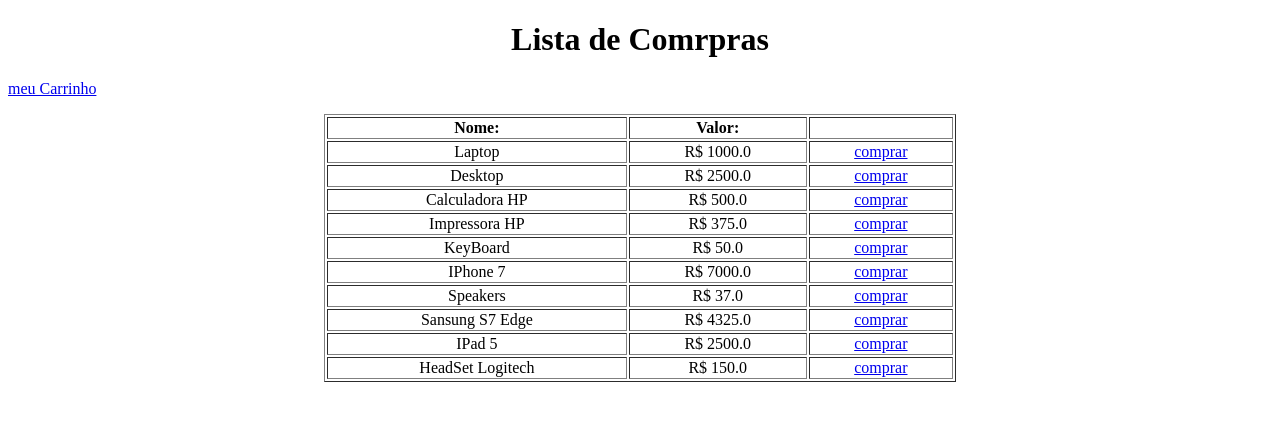
Repository: yoda4ever/playground
Page: http://localhost/CarrinhoDeCompras/Listar
An editor plug-in stored every save of this project. The page is shown before and after the next save, followed by the edit.
The browser window is 1280 px wide. The pictures show the whole page.
The page is served by Tomcat 9.

Above is the page before, as saved 2017-05-06 11:44:32.

After the next save:
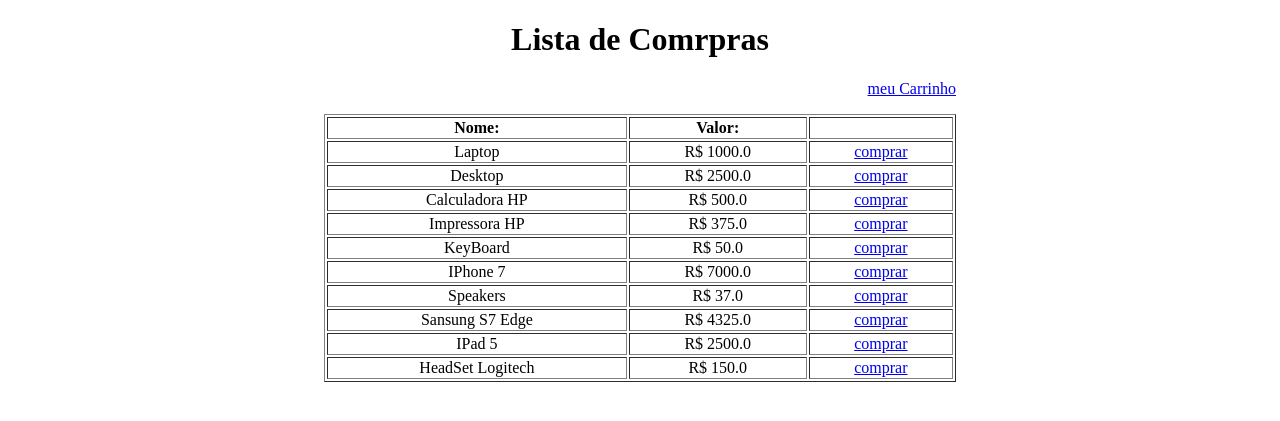
Saved 2 min 31 s later.
--- a/CarrinhoDeCompras/WebContent/produto.jsp
+++ b/CarrinhoDeCompras/WebContent/produto.jsp
@@ -18,7 +18,7 @@
 
 	<center><h1><strong>Lista de Comrpras</strong></h1></center>
 
-	<div style="align:center;">
+	<div style="text-align: right; margin-right: 25%;">
 		<p>
 			<a href="/Carrinho">meu Carrinho</a>
 		</p>
